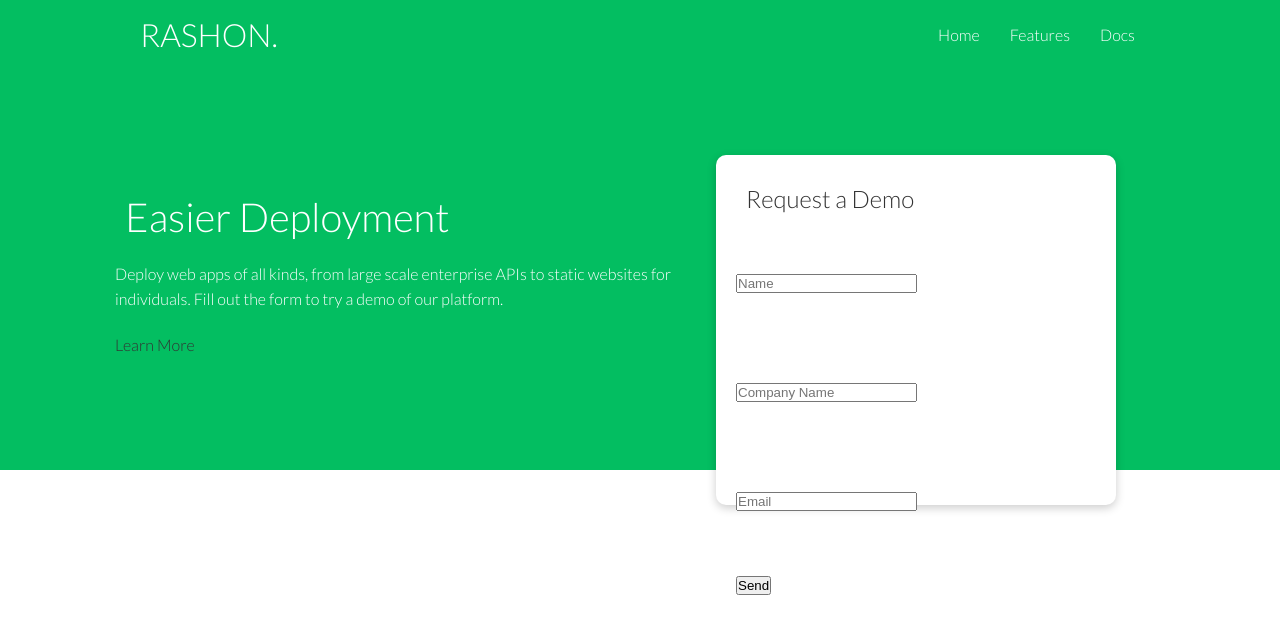
Repository: Skilis/website-modern
Page: index.html
These files come from the project's save history. The page is drawn as it stood at one moment and after the next save; the edit follows.
The browser window is 1280 px wide. The pictures show the whole page.

Above is the page before, as saved 2020-10-23 13:45:02.

After the next save:
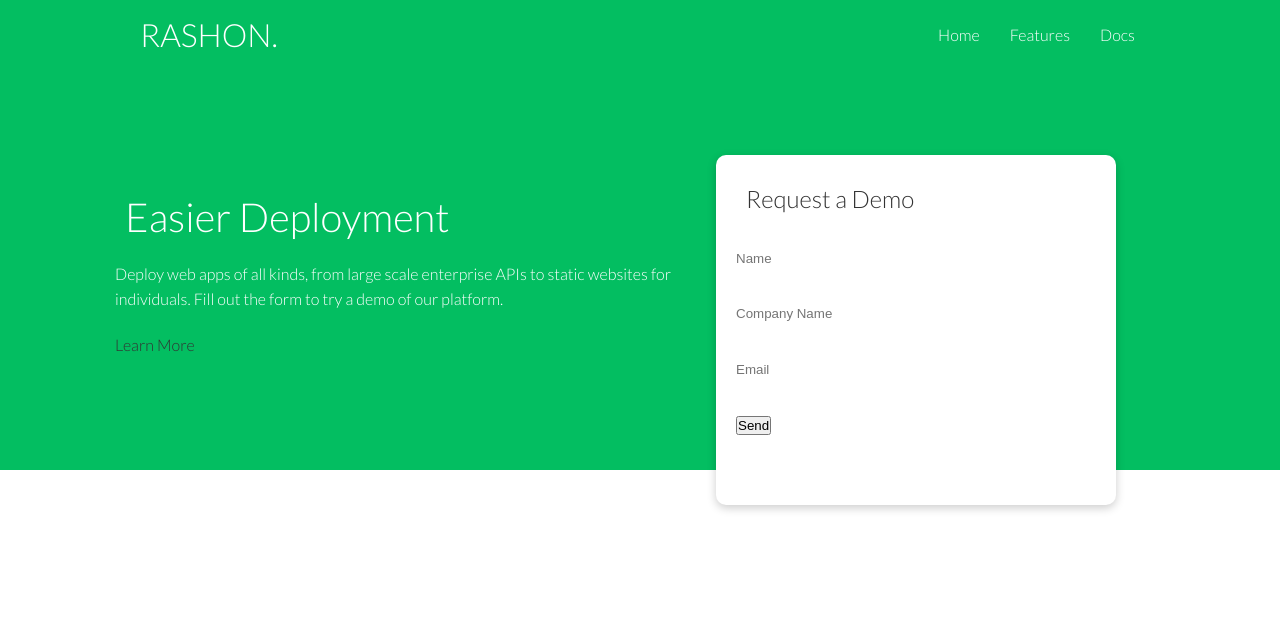
Saved 16 s later.
--- a/css/style.css
+++ b/css/style.css
@@ -104,7 +104,7 @@
 
 .showcase-form input[type='text'],
 .showcase-form input[type='email'] {
-  margin: 30px 0;
+  border: 0;
 }
 
 /* Utilities*/
